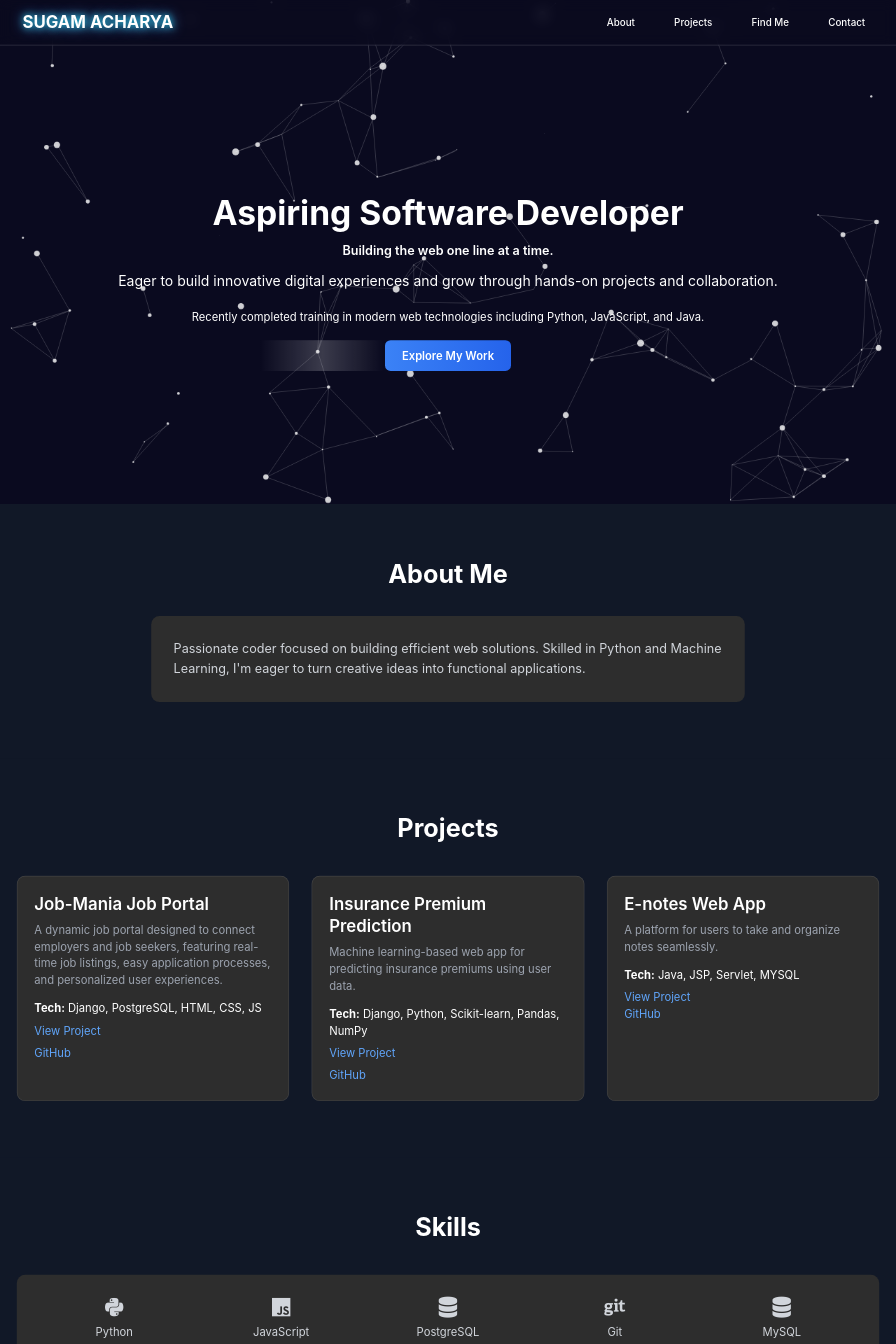
Repository: Sugaam0/Portfolio
Page: portfolio/home/templates/home/index.html
These files come from the project's save history. The page is drawn as it stood at one moment and after the next save; the edit follows.
The browser window is 1280 px wide. The pictures show the part of the page from y = 0 to 1920 px (the page is 3234 px tall), at 70% of full size.
The template is drawn by Django 5.2. The application's start-up code is not run. Other server files are loaded and not shown. The template is opened directly, without the code that normally fills it, so the values that code supplies are empty.

Above is the page before, as saved 2025-05-09 17:58:50.

### portfolio/home/templates/home/index.html
{% load static %}
<!DOCTYPE html>
<html lang="en">
<head>
  <meta charset="UTF-8" />
  <meta name="viewport" content="width=device-width, initial-scale=1.0"/>
  <title>| Sugam Acharya |</title>
  <link href="https://cdn.jsdelivr.net/npm/tailwindcss@2.2.19/dist/tailwind.min.css" rel="stylesheet"/>
  <link rel="stylesheet" href="https://cdnjs.cloudflare.com/ajax/libs/font-awesome/6.0.0-beta3/css/all.min.css"/>
  <link rel="stylesheet" href="{% static 'css/style.css' %}">
</head>

<body class="bg-gray-900 text-white">
  <canvas id="particles"></canvas>
{% include 	"home/navbar.html" %}
<!-- Hero Section -->
<section id="home" class="min-h-screen flex items-center justify-center pt-20">
  <div class="container mx-auto px-6 text-center">
    <h1 class="text-5xl font-bold mb-4">Aspiring Software Developer</h1>
    <p class="text-lg text-accent mb-4">
      <span id="typed-text" class="font-semibold">Building the web one line at a time.</span>
    </p>
    <p class="text-xl text-secondary mb-6">
      Eager to build innovative digital experiences and grow through hands-on projects and collaboration.
    </p>
    <p class="text-md text-secondary mb-8">
      Recently completed training in modern web technologies including Python, JavaScript, and Java.
    </p>
    <a href="#projects" class="btn-accent px-6 py-3 rounded-lg font-semibold">Explore My Work</a>
  </div>
</section>

<!-- About Section -->
<section id="about" class="py-20">
  <div class="container mx-auto px-6 max-w-4xl">
    <h2 class="text-4xl font-bold text-center mb-10">About Me</h2>
    <div class="section-bg p-8">
      <p class="text-lg leading-relaxed text-gray-300">
        Passionate coder focused on building efficient web solutions. Skilled in Python and Machine Learning, I'm eager to turn creative ideas into functional applications.
      </p>
    </div>
  </div>
</section>

<!-- Projects -->
<section id="projects" class="py-20 bg-gray-900">
    <div class="container mx-auto px-6">
      <h2 class="text-4xl font-bold text-center mb-12">Projects</h2>
      <div class="grid grid-cols-1 sm:grid-cols-2 lg:grid-cols-3 gap-8">
        <!-- Project Cards -->
        <div class="project-card section-bg p-6">
          <h3 class="text-2xl font-semibold mb-2">Job-Mania Job Portal</h3>
          <p class="text-gray-400 mb-4">A dynamic job portal designed to connect employers and job seekers, featuring real-time job listings, easy application processes, and personalized user experiences.</p>
          <p><strong>Tech:</strong> Django, PostgreSQL, HTML, CSS, JS</p>
          <a href="#" class="text-blue-400 hover:underline mt-2 inline-block">View Project</a><br>
          <a href="https://github.com/Sugaam0/JobMania-JobPortal" class="text-blue-400 hover:underline mt-2 inline-block" target="_blank">GitHub</a>
        </div>
        <div class="project-card section-bg p-6">
          <h3 class="text-2xl font-semibold mb-2">Insurance Premium Prediction</h3>
          <p class="text-gray-400 mb-4">Machine learning-based web app for predicting insurance premiums using user data.</p>
          <p><strong>Tech:</strong> Django, Python, Scikit-learn, Pandas, NumPy</p>
          <a href="#" class="text-blue-400 hover:underline mt-2 inline-block">View Project</a><br>
          <a href="https://github.com/Sugaam0/insurance-Premium-Prediction" class="text-blue-400 hover:underline mt-2 inline-block" target="_blank">GitHub</a>

        </div>
        <div class="project-card section-bg p-6">
            <h3 class="text-2xl font-semibold mb-2">E-notes Web App</h3>
            <p class="text-gray-400 mb-4">A platform for users to take and organize notes seamlessly.</p>
            <p><strong>Tech:</strong> Java, JSP, Servlet, MYSQL</p>
            <div class="mt-2">
                <a href="#" class="text-blue-400 hover:underline inline-block mr-4">View Project</a><br>
                <a href="https://github.com/Sugaam0/ProjectFinal-Online-Notepad" class="text-blue-400 hover:underline inline-block" target="_blank">GitHub</a>
            </div>
        </div>
      </div>
    </div>
  </section>


<!-- Skills -->
<section id="skills" class="py-20">
    <div class="container mx-auto px-6">
      <h2 class="text-4xl font-bold text-center mb-12">Skills</h2>
      <div class="section-bg p-8 grid grid-cols-2 md:grid-cols-5 gap-6 text-center text-gray-300">
        <div><i class="fab fa-python text-3xl mb-2 icon-hover"></i><p>Python</p></div>
        <div><i class="fab fa-js text-3xl mb-2 icon-hover"></i><p>JavaScript</p></div>
        <div><i class="fas fa-database text-3xl mb-2 icon-hover"></i><p>PostgreSQL</p></div>
        <div><i class="fab fa-git text-3xl mb-2 icon-hover"></i><p>Git</p></div>
        <div><i class="fas fa-database text-3xl mb-2 icon-hover"></i><p>MySQL</p></div>
        <div><i class="fas fa-chart-line text-3xl mb-2 icon-hover"></i><p>Data Science</p></div>
        <div><i class="fas fa-brain text-3xl mb-2 icon-hover"></i><p>Machine Learning</p></div>
        <div><i class="fab fa-python text-3xl mb-2 icon-hover"></i><p>Anaconda</p></div>
      </div>
    </div>
  </section>

  <section id="findme" class="py-20 bg-gray-800">
    <div class="container mx-auto px-6 text-center">
      <h2 class="text-4xl font-bold text-white mb-8">Find Me Online</h2>
      <p class="text-gray-400 text-lg mb-6">Let’s connect, collaborate, and grow together!</p>

      <div class="flex justify-center gap-6 text-3xl">
        <a href="https://github.com/Sugaam0" target="_blank" class="text-white hover:text-gray-400 transition-transform transform hover:scale-110">
          <i class="fab fa-github"></i>
        </a>
        <a href="https://www.linkedin.com/in/sugamacharya/" target="_blank" class="text-blue-500 hover:text-blue-300 transition-transform transform hover:scale-110">
          <i class="fab fa-linkedin"></i>
        </a>
        <a href="https://twitter.com/your_twitter" target="_blank" class="text-blue-400 hover:text-blue-200 transition-transform transform hover:scale-110">
          <i class="fab fa-twitter"></i>
        </a>
      </div>
    </div>
  </section>


<!-- Contact Section -->
<section id="contact" class="py-20 bg-gray-900">
  <div class="container mx-auto px-6">
    <h2 class="text-4xl font-bold text-center mb-12">Let's Connect</h2>
    <div class="contact-form p-8 max-w-lg mx-auto rounded-xl">
      <form action="{% url 'contact' %}" method="POST">
        {% csrf_token %}
        <div class="mb-6 relative">
          <input type="text" id="name" name="name" class="form-input w-full p-3 rounded-lg peer" placeholder=" " required>
          <label for="name" class="form-label absolute left-2 top-2 text-secondary">Your Name</label>
        </div>
        <div class="mb-6 relative">
          <input type="email" id="email" name="email" class="form-input w-full p-3 rounded-lg peer" placeholder=" " required>
          <label for="email" class="form-label absolute left-2 top-2 text-secondary">Your Email</label>
        </div>
        <div class="mb-6 relative">
          <textarea id="message" name="message" rows="5" class="form-input w-full p-3 rounded-lg peer" placeholder=" " required></textarea>
          <label for="message" class="form-label absolute left-3 top-2 text-secondary">Your Message</label>
        </div>
        <button type="submit" class="btn-accent w-full py-3 rounded-lg font-semibold flex items-center justify-center gap-2">
          <i class="fas fa-paper-plane"></i> Send Message
        </button>
      </form>
    </div>
  </div>
</section>

<!-- Find Me Section -->


<!-- Footer -->
{% include "home/footer.html" %}
</body>

<script>
        // Particle animation
        const canvas = document.getElementById('particles');
        const ctx = canvas.getContext('2d');
        canvas.width = window.innerWidth;
        canvas.height = window.innerHeight;

        let particlesArray = [];
        const numberOfParticles = 100;

        class Particle {
            constructor() {
                this.x = Math.random() * canvas.width;
                this.y = Math.random() * canvas.height;
                this.size = Math.random() * 5 + 1;
                this.speedX = Math.random() * 3 - 1.5;
                this.speedY = Math.random() * 3 - 1.5;
            }

            update() {
                this.x += this.speedX;
                this.y += this.speedY;

                if (this.size > 0.2) this.size -= 0.1;

                if (this.x < 0 || this.x > canvas.width) this.speedX *= -1;
                if (this.y < 0 || this.y > canvas.height) this.speedY *= -1;
            }

            draw() {
                ctx.fillStyle = 'rgba(255, 255, 255, 0.8)';
                ctx.beginPath();
                ctx.arc(this.x, this.y, this.size, 0, Math.PI * 2);
                ctx.fill();
            }
        }

        function init() {
            for (let i = 0; i < numberOfParticles; i++) {
                particlesArray.push(new Particle());
            }
        }

        function animate() {
            ctx.clearRect(0, 0, canvas.width, canvas.height);
            for (let i = 0; i < particlesArray.length; i++) {
                particlesArray[i].update();
                particlesArray[i].draw();

                for (let j = i; j < particlesArray.length; j++) {
                    const dx = particlesArray[i].x - particlesArray[j].x;
                    const dy = particlesArray[i].y - particlesArray[j].y;
                    const distance = Math.sqrt(dx * dx + dy * dy);

                    if (distance < 100) {
                        ctx.beginPath();
                        ctx.strokeStyle = 'rgba(255, 255, 255, 0.2)';
                        ctx.lineWidth = 1;
                        ctx.moveTo(particlesArray[i].x, particlesArray[i].y);
                        ctx.lineTo(particlesArray[j].x, particlesArray[j].y);
                        ctx.stroke();
                    }
                }

                if (particlesArray[i].size <= 0.2) {
                    particlesArray.splice(i, 1);
                    i--;
                    particlesArray.push(new Particle());
                }
            }
            requestAnimationFrame(animate);
        }

        init();
        animate();

        window.addEventListener('resize', () => {
            canvas.width = window.innerWidth;
            canvas.height = window.innerHeight;
        });

        // Mobile menu toggle
        const mobileMenuBtn = document.getElementById('mobile-menu-btn');
        const mobileMenu = document.getElementById('mobile-menu');

        mobileMenuBtn.addEventListener('click', () => {
            mobileMenu.classList.toggle('hidden');
        });
    </script>
</html>

### portfolio/home/templates/home/navbar.html
<!-- Navbar -->
{% comment %} <nav class="navbar fixed top-0 w-full z-50">
    <div class="container mx-auto px-6 py-5 flex justify-between items-center">
      <a href="{% url 'index' %}" class="logo text-white">Sugam Acharya</a>
      <div class="space-x-6 text-sm font-medium">
        <a href="#about" class="nav-link">About</a>
        <a href="#projects" class="nav-link">Projects</a>
        <a href="#skills" class="nav-link">Skills</a>
        <a href="#findme" class="nav-link">Find me</a>
        <a href="#contact" class="nav-link">Contact</a>

      </div>
    </div>
  </nav> {% endcomment %}
  <nav class="glass-nav fixed top-0 w-full z-50">
        <div class="max-w-7xl mx-auto px-4 sm:px-6 lg:px-8">
            <div class="flex justify-between items-center h-16">
                <!-- Logo -->
                <div class="flex-shrink-0">
                    <a href="{% url 'index' %}" class="text-2xl font-bold neon-text">SUGAM ACHARYA</a>
                </div>

                <!-- Menu Items -->
                <div class="hidden md:flex space-x-8">
                    <a href="#about" class="nav-item px-3 py-2 text-sm font-medium hover:text-pink-400">About</a>
                    <a href="#projects" class="nav-item px-3 py-2 text-sm font-medium hover:text-pink-400">Projects</a>
                    <a href="#findme" class="nav-item px-3 py-2 text-sm font-medium hover:text-pink-400">Find Me</a>
                    <a href="#contact" class="nav-item px-3 py-2 text-sm font-medium hover:text-pink-400">Contact</a>
                </div>
                <!-- Mobile Menu Button -->
                <div class="md:hidden">
                    <button id="mobile-menu-btn" class="p-2 rounded-md focus:outline-none">
                        <svg class="h-6 w-6" fill="none" stroke="currentColor" viewBox="0 0 24 24">
                            <path stroke-linecap="round" stroke-linejoin="round" stroke-width="2" d="M4 6h16M4 12h16m-7 6h7" />
                        </svg>
                    </button>
                </div>
            </div>
        </div>

        <!-- Mobile Menu -->
        <div id="mobile-menu" class="hidden md:hidden bg-gray-800">
            <div class="px-2 pt-2 pb-3 space-y-1 sm:px-3">
                <a href="#" class="block px-3 py-2 text-base font-medium hover:bg-gray-700">Home</a>
                <a href="#" class="block px-3 py-2 text-base font-medium hover:bg-gray-700">About</a>
                <a href="#" class="block px-3 py-2 text-base font-medium hover:bg-gray-700">Services</a>
                <a href="#" class="block px-3 py-2 text-base font-medium hover:bg-gray-700">Contact</a>
                <a href="#" class="block px-3 py-2 text-base font-medium text-white bg-gradient-to-r from-pink-500 to-cyan-500 rounded-md">Get Started</a>
            </div>
        </div>
    </nav>

### portfolio/home/templates/home/footer.html
<footer class="bg-gray-800 py-6">
    <div class="container mx-auto px-6 text-center text-gray-400">
      <p>© 2025 Sugam Acharya. All rights reserved.</p>
      <div class="flex justify-center space-x-6 mt-4">
        <a href="https://github.com/Sugaam0" class="icon-hover" target="_blank"><i class="fab fa-github text-2xl"></i></a>
        <a href="https://www.linkedin.com/in/sugam-acharya-b1059a23b/" class="icon-hover" target="_blank"><i class="fab fa-linkedin text-2xl"></i></a>
        <a href="https://x.com/gaam_su" class="icon-hover" target="_blank"><i class="fab fa-twitter text-2xl"></i></a>
      </div>
    </div>
  </footer>

### portfolio/home/static/css/style.css
@import url('https://fonts.googleapis.com/css2?family=Poppins:wght@300;400;500;600&display=swap');

:root {
    --bg-primary: #1a1a1a;
    --bg-secondary: #2d2d2d;
    --text-primary: #e0e0e0;
    --text-secondary: #a0a0a0;
    --accent: #3b82f6;
    --accent-dark: #2563eb;
  }


  body {
    background-color: var(--bg-primary);
    color: var(--text-primary);
    font-family: 'Inter', sans-serif;
  }
 .glass-nav {
            background: rgba(10, 10, 31, 0.7);
            backdrop-filter: blur(10px);
            border-bottom: 1px solid rgba(209, 213, 219, 0.2);
        }

        .nav-item {
            position: relative;
            transition: all 0.3s ease;
        }

        .nav-item:hover::after {
            content: '';
            position: absolute;
            bottom: -2px;
            left: 0;
            width: 100%;
            height: 2px;
            background: linear-gradient(90deg, #22d3ee, #60a5fa);
            animation: glow 1.5s infinite;
        }

        @keyframes glow {
            0% { box-shadow: 0 0 5px #22d3ee; }
            50% { box-shadow: 0 0 20px #60a5fa; }
            100% { box-shadow: 0 0 5px #22d3ee; }
        }

        /* Particle animation background */
        #particles {
            position: fixed;
            top: 0;
            left: 0;
            width: 100%;
            height: 100%;
            z-index: -1;
            background: #0a0a1f;
        }

        /* Custom hover effects for dropdown */
        .dropdown-content {
            transform: translateY(-10px);
            opacity: 0;
            transition: all 0.3s ease;
        }

        .dropdown:hover .dropdown-content {
            transform: translateY(0);
            opacity: 1;
        }

        /* Neon glow effect */
        .neon-text {
            text-shadow: 0 0 10px #22d3ee, 0 0 20px #60a5fa;
        }


   /* .navbar {
    background: linear-gradient(to bottom, var(--bg-secondary), rgba(45, 45, 45, 0.95));
    backdrop-filter: blur(8px);
    box-shadow: 0 2px 5px rgba(0, 0, 0, 0.3);
  }

  .nav-link {
    position: relative;
    padding-bottom: 0.25rem;
    transition: color 0.3s ease;
  }

  .nav-link::after {
    content: '';
    position: absolute;
    width: 0;
    height: 2px;
    bottom: 0;
    left: 0;
    background-color: var(--accent);
    transition: width 0.3s ease;
  }

  .nav-link:hover::after {
    width: 100%;
  }

  .nav-link:hover {
    color: var(--accent);
  } */

  .logo {
    font-size: 1.75rem;
    font-weight: 800;
    letter-spacing: 0.05em;
    transition: transform 0.3s ease, color 0.3s ease;
  }

  .logo:hover {
    transform: scale(1.05);
    color: var(--accent);
  }

  .section-bg {
    background-color: var(--bg-secondary);
    border-radius: 0.75rem;
    transition: background-color 0.3s ease;
  }

  .section-bg:hover {
    background-color: #353535;
  }

  .btn-accent {
    background: linear-gradient(to right, var(--accent), var(--accent-dark));
    color: white;
    position: relative;
    overflow: hidden;
    transition: background 0.3s ease;
  }

  .btn-accent::before {
    content: '';
    position: absolute;
    top: 0;
    left: -100%;
    width: 100%;
    height: 100%;
    background: linear-gradient(90deg, transparent, rgba(255, 255, 255, 0.2), transparent);
    transition: 0.5s;
  }

  .btn-accent:hover::before {
    left: 100%;
  }

  .btn-accent:hover {
    background: linear-gradient(to right, var(--accent-dark), var(--accent));
  }

  .project-card {
    transition: transform 0.3s ease, box-shadow 0.3s ease, border-color 0.3s ease;
    border: 1px solid rgba(255, 255, 255, 0.1);
  }

  .project-card:hover {
    transform: translateY(-6px);
    box-shadow: 0 6px 25px rgba(0, 0, 0, 0.6);
    border-color: var(--accent);
  }

  .icon-hover {
    transition: transform 0.3s ease, color 0.3s ease;
  }

  .icon-hover:hover {
    transform: scale(1.2);
    color: var(--accent);
  }

  /* Enhanced Contact Form Styles */
      .contact-form {
          background: linear-gradient(145deg, var(--bg-secondary), #252525);
          border: 1px solid rgba(59, 130, 246, 0.3);
          box-shadow: 0 4px 15px rgba(0, 0, 0, 0.5);
          position: relative;
          overflow: hidden;
      }

      .contact-form::before {
          content: '';
          position: absolute;
          top: 0;
          left: 0;
          width: 100%;
          height: 100%;
          background: radial-gradient(circle at 10% 20%, rgba(59, 130, 246, 0.2) 0%, transparent 50%);
          pointer-events: none;
      }

      .form-input {
          background-color: #1f1f1f;
          border: 1px solid rgba(255, 255, 255, 0.1);
          transition: border-color 0.3s ease, box-shadow 0.3s ease;
      }

      .form-input:focus {
          border-color: var(--accent);
          box-shadow: 0 0 8px rgba(59, 130, 246, 0.3);
          outline: none;
      }

      .form-label {
          transition: color 0.3s ease;
      }

      .form-input:focus + .form-label,
      .form-input:not(:placeholder-shown) + .form-label {
          color: var(--accent);
          transform: translateY(-1.5rem);
          font-size: 0.8rem;
      }

      ::selection {
          background: var(--accent);
          color: white;
      }

After the next save:
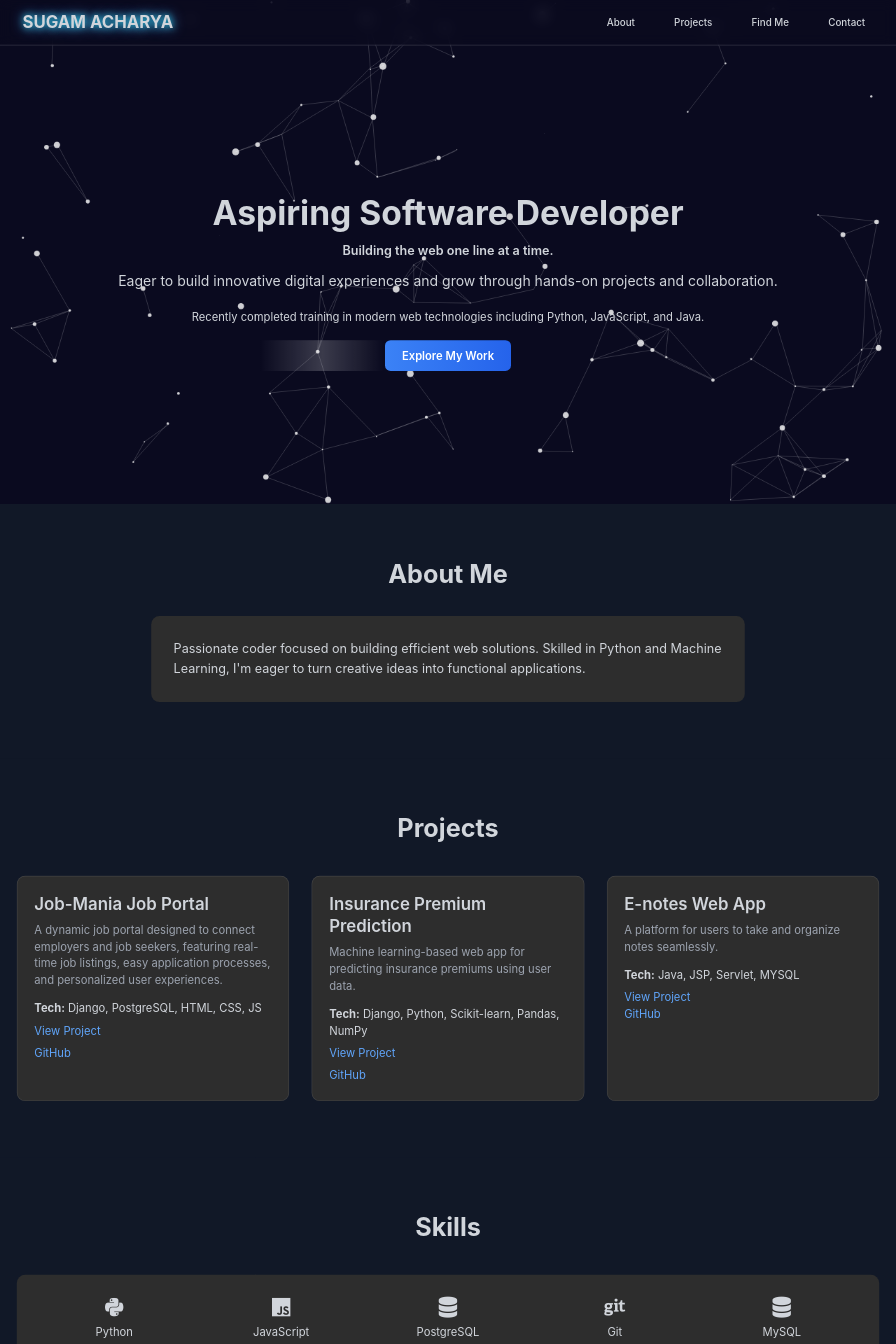
Saved 7 s later.
--- a/portfolio/home/templates/home/index.html
+++ b/portfolio/home/templates/home/index.html
@@ -10,7 +10,7 @@
   <link rel="stylesheet" href="{% static 'css/style.css' %}">
 </head>
 
-<body class="bg-gray-900 text-white">
+<body class="bg-gray-900 text-gray-300">
   <canvas id="particles"></canvas>
 {% include 	"home/navbar.html" %}
 <!-- Hero Section -->
